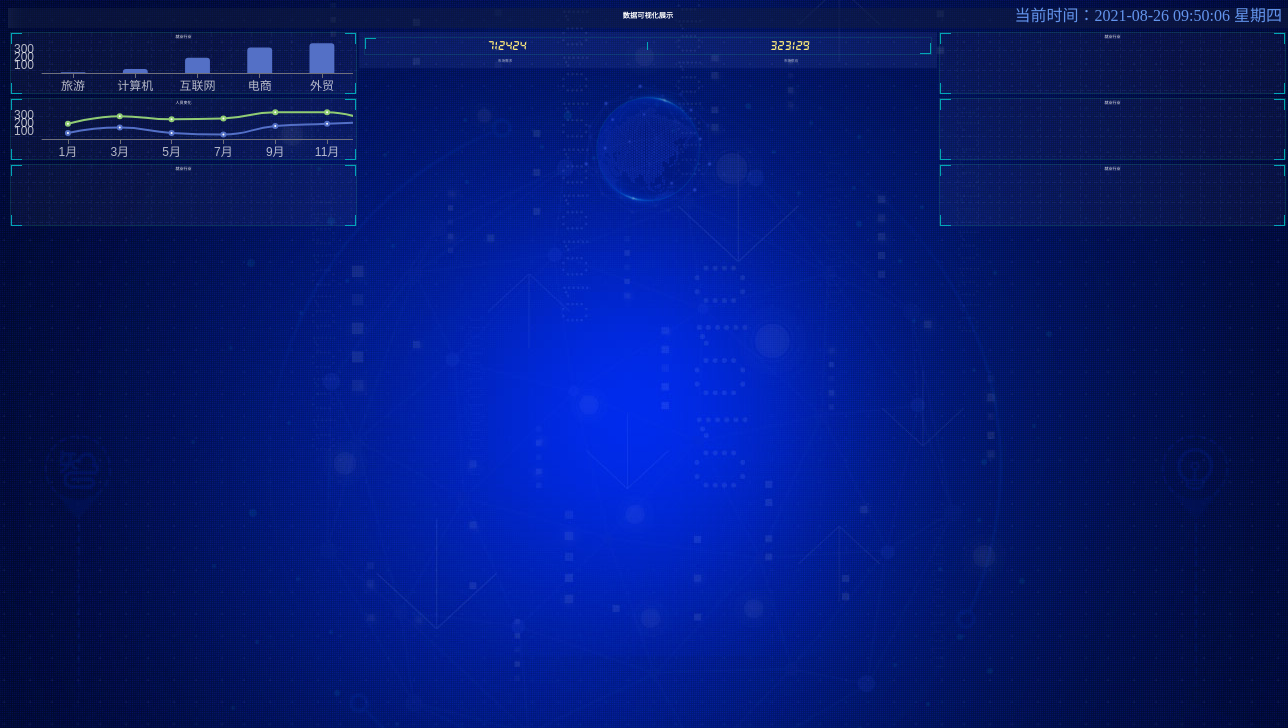
Repository: jiang-1990/DataVM
Page: /
An editor plug-in stored every save of this project. The page is shown before and after the next save, followed by the edit.
The browser window is 1280 px wide. The page is 1288 px wide, so the pictures cover 1288 px, including what lies to the right of the window. The pictures show the whole page.
The project was rebuilt for these pictures with package versions that can differ from the ones it lists, and the page was loaded fresh each time.

Above is the page before, as saved 2021-08-27 13:33:41.

### index.html
<!DOCTYPE html>
<html>
  <head>
    <meta charset="utf-8">
    <meta name="viewport" content="width=device-width,initial-scale=1.0">
    <title>mydatam</title>
  </head>
  <body>
    <div id="app"></div>
    <!-- built files will be auto injected -->
  </body>
</html>

### src/main.js
// The Vue build version to load with the `import` command
// (runtime-only or standalone) has been set in webpack.base.conf with an alias.
import Vue from 'vue'
import App from './App'
import router from './router'
import 'lib-flexible/flexible.js'
//声明字体
import './font/font.css'

Vue.config.productionTip = false

/* eslint-disable no-new */
new Vue({
  el: '#app',
  router,
  components: { App },
  template: '<App/>'
})

### src/App.vue
<template>
  <div id="app">
    <router-view/>
  </div>
</template>

<script>
export default {
  name: 'App'
}
</script>

<style>
body{
  background-image: url('assets/bg.jpg') ;
  background-Repeat : 'no-repeat';
  background-Size : '100% 100%';
  background-position: center;/* 背景图随屏幕尺寸变化 背景图两边隐藏 图片不压缩 */
}
html,body {
  width: 100%;
  height: 100%;
}

</style>

### src/router/index.js
import Vue from 'vue'
import Router from 'vue-router'
import bigScreen from '@/components/bigScreen'

Vue.use(Router)

export default new Router({
  routes: [
    {
      path: '/',
      name: 'bigScreen',
      component: bigScreen
    }
  ]
})

### src/font/font.css
 /* 声明字体 */
@font-face {
    font-family: 'electronicFont';
    src: url(./DS-DIGIT.ttf);
}

### src/components/bigScreen.vue
<template>
  <div>
    <div class="top">
      <h1>数据可视化展示</h1>
      <span class="time">当前时间：{{ date | dateFormat }}</span>
    </div>
    <div class="mainBox">
      <div class="culonm">
        <div class="panl bar">
          <h2>就业行业</h2>
          <div class="chart" id="bar_l"></div>
          <div class="zhuanjiao"></div>
        </div>

        <div class="panl line">
          <h2>人员变化</h2>
          <div class="chart" id="line_l"></div>
          <div class="zhuanjiao"></div>
        </div>

        <div class="panl pie">
          <h2>就业行业</h2>
          <div class="chart"></div>
          <div class="zhuanjiao"></div>
        </div>
      </div>
      <div class="culonm">
        <div class="num">
          <div class="num-hd">
            <ul>
              <li>712424</li>
              <li>323129</li>
            </ul>
          </div>
          <div class="num-bd">
            <ul>
              <li>市场需求</li>
              <li>市场供应</li>
            </ul>
          </div>
        </div>
        <div class="map">
          <div class="map1"></div>
          <div class="map2"></div>
          <div class="map3"></div>
          <div class="chart"></div>
        </div>
      </div>
      <div class="culonm">
        <div class="panl bar">
          <h2>就业行业</h2>
          <div class="chart"></div>
          <div class="zhuanjiao"></div>
        </div>

        <div class="panl line">
          <h2>就业行业</h2>
          <div class="chart"></div>
          <div class="zhuanjiao"></div>
        </div>

        <div class="panl pie">
          <h2>就业行业</h2>
          <div class="chart"></div>
          <div class="zhuanjiao"></div>
        </div>
      </div>
    </div>
    <!-- <div id="myChart" style="width:1920px; height: 400px;"></div> -->
  </div>
</template>

<script>
// 引入echarts
var echarts = require("echarts");
export default {
  data() {
    return {
      date: new Date(), //当前日期
    };
  },
  // 定义一个局部的过滤器，格式化当前时间
  filters: {
    dateFormat: (dateTime) => {
      var now = new Date(dateTime);
      var y = now.getFullYear();
      var m = (now.getMonth() + 1).toString().padStart(2, "0");
      var d = now.getDate().toString().padStart(2, "0");
      var hh = now.getHours().toString().padStart(2, "0");
      var mm = now.getMinutes().toString().padStart(2, "0");
      var ss = now.getSeconds().toString().padStart(2, "0");
      let week = now.getDay(); // 星期
      let weekArr = [
        "星期日",
        "星期一",
        "星期二",
        "星期三",
        "星期四",
        "星期五",
        "星期六",
      ];
      // 过滤器中要有返回值
      return `${y}-${m}-${d} ${hh}:${mm}:${ss} ${weekArr[week]}`;
    },
  },
  mounted() {
    this.createchartLine_l();
    this.createchartBar_l();
    var _this = this;
    this.timer = setInterval(() => {
      _this.date = new Date(); // 修改日期数据
    }, 1000);
  },
  created() {},
  methods: {
    createchartBar_l() {
      var myChart = echarts.init(document.getElementById("bar_l"));
      var option;
      option = {
        tooltip: {
          trigger: "axis",
          axisPointer: {
            // 坐标轴指示器，坐标轴触发有效
            type: "shadow", // 默认为直线，可选为：'line' | 'shadow'
          },
          backgroundColor: "rgba(0,21,49, 0.7)", //通过设置rgba调节背景颜色与透明度
          borderWidth: 0,
          textStyle: {
            color: "#fff",
          },
        },
        grid: {
          left: "0%",
          right: "0%",
          bottom: "0%",
          top: "3%",
          containLabel: true,
        },

        xAxis: [
          {
            type: "category",
            data: ["旅游", "计算机", "互联网", "电商", "外贸"],
            axisTick: {
              alignWithLabel: true,
            },
            splitLine: {
              show: false,
            },
            axisLabel: {
              color: "rgba(255,255,255, 0.7)",
            },
          },
        ],
        yAxis: [
          {
            type: "value",
            splitLine: {
              show: false,
            },
            axisLabel: {
              color: "rgba(255,255,255, 0.7)",
            },
          },
        ],
        series: [
          {
            name: "直接访问",
            type: "bar",
            barWidth: "40%",
            data: [10, 52, 200, 334, 390],
            itemStyle: {
              borderRadius: [3, 3, 0, 0],
            },
          },
        ],
      };
      myChart.setOption(option);
    },
    createchartLine_l() {
      var myChart = echarts.init(document.getElementById("line_l"));
      console.log(myChart);
      var option = {
        tooltip: {
          trigger: "axis",
          backgroundColor: "rgba(0,21,49, 0.7)", //通过设置rgba调节背景颜色与透明度
          borderWidth: 0,
          textStyle: {
            color: "#fff",
          },
        },
        legend: {
          data: ["新增粉丝", "新增游客"],
        },
        grid: {
          left: "0%",
          right: "0%",
          bottom: "0%",
          top: "3%",
          containLabel: true,
        },

        xAxis: [
          {
            type: "category",
            data: ["1月", "3月", "5月", "7月", "9月", "11月"],
            axisTick: {
              alignWithLabel: true,
            },
            splitLine: {
              show: false,
            },
            axisLabel: {
              color: "rgba(255,255,255, 0.7)",
            },
          },
        ],
        yAxis: [
          {
            type: "value",
            splitLine: {
              show: false,
            },
            axisLabel: {
              color: "rgba(255,255,255, 0.7)",
            },
          },
        ],
        series: [
          {
            name: '联盟广告',
            type: 'line',
            stack: '总量',
            smooth: true,
            data: [80, 150, 80, 60, 170, 200, 230]
        },
          {
            name: '邮件营销',
            type: 'line',
            stack: '总量',
            smooth: true,
            data: [120, 150, 180, 210, 180, 150, 180]
        },

        ],
      };
      myChart.setOption(option);
    },
  },
};
</script>

<style scoped>
@import "../css/bigScreen.css";
</style>

### src/css/bigScreen.css
* {
  margin: 0;
  padding: 0;
  box-sizing: border-box;
}
li {
  list-style-type: none;
}
.top {
  height: 1.25rem;
  background: url(../assets/head_bg.png) no-repeat;
  box-sizing: 100% 100%;
  position: relative;
}
.top h1 {
  font-size: 0.45rem;
  line-height: 1rem;
  color: #ffffff;
  text-align: center;
}
.top .time {
  line-height: 0.9375rem;
  position: absolute;
  right: 0.375rem;
  top: 0;
  color: cornflowerblue;
}
.mainBox {
  min-width: 1024px;
  max-width: 1920px;
  margin: 0 auto;
  display: flex;
  padding: 0.25rem 0.125rem 0;
}
.mainBox .culonm {
  flex: 3;
}
.mainBox .culonm:nth-child(2) {
  flex: 5;
  margin: 0 0.125rem 0.1875rem;
}
.mainBox .panl {
  position: relative;
  height: 3.875rem;
  border: 0.0125rem solid rgba(25, 186, 139, 0.17);
  background: url(../assets/line.png) rgba(255, 255, 255, 0.03);
  padding: 0 0.1875rem 0.25rem;
  margin-bottom: 0.25rem;
}
.mainBox .panl::before {
  position: absolute;
  top: 0;
  left: 0;
  width: 10px;
  height: 10px;
  border-left: 1px solid #02a6b5;
  border-top: 1px solid #02a6b5;
  content: "";
}
.mainBox .panl::after {
  position: absolute;
  top: 0;
  right: 0;
  width: 10px;
  height: 10px;
  border-right: 1px solid #02a6b5;
  border-top: 1px solid #02a6b5;
  content: "";
}
.mainBox .panl .zhuanjiao {
  width: 100%;
  height: 10px;
  position: absolute;
  bottom: 0px;
  left: 0;
}
.mainBox .panl .zhuanjiao::before {
  position: absolute;
  top: 0;
  left: 0;
  width: 10px;
  height: 10px;
  border-left: 1px solid #02a6b5;
  border-bottom: 1px solid #02a6b5;
  content: "";
}
.mainBox .panl .zhuanjiao::after {
  position: absolute;
  top: 0;
  right: 0;
  width: 10px;
  height: 10px;
  border-right: 1px solid #02a6b5;
  border-bottom: 1px solid #02a6b5;
  content: "";
}
.mainBox .panl h2 {
  font-size: 0.25rem;
  color: #ffffff;
  line-height: 0.5rem;
  text-align: center;
  height: 0.5rem;
  font-weight: 400;
}
.mainBox .panl .chart {
  height: 3.25rem;
}
.mainBox .num {
  background: rgba(101, 132, 226, 0.1);
  padding: 0.1875rem;
}
.mainBox .num .num-hd {
  position: relative;
  margin: 0.125rem;
  border: 1px solid rgba(25, 186, 139, 0.17);
}
.mainBox .num .num-hd::before {
  position: absolute;
  top: 0;
  left: 0;
  width: 10px;
  height: 10px;
  border-left: 1px solid #02a6b5;
  border-top: 1px solid #02a6b5;
  content: "";
}
.mainBox .num .num-hd::after {
  position: absolute;
  bottom: 0;
  right: 0;
  width: 10px;
  height: 10px;
  border-right: 1px solid #02a6b5;
  border-bottom: 1px solid #02a6b5;
  content: "";
}
.mainBox .num .num-hd ul {
  display: flex;
}
.mainBox .num .num-hd ul li {
  flex: 1;
  line-height: 1rem;
  font-size: 0.875rem;
  color: #ffeb7b;
  text-align: center;
  font-family: electronicFont;
}
.mainBox .num .num-hd ul li:nth-child(1) {
  position: relative;
}
.mainBox .num .num-hd ul li:nth-child(1)::after {
  position: absolute;
  top: 25%;
  right: 0;
  height: 50%;
  border-right: 1px solid #02a6b5;
  content: "";
}
.mainBox .num .num-bd {
  position: relative;
}
.mainBox .num .num-bd ul {
  display: flex;
}
.mainBox .num .num-bd ul li {
  flex: 1;
  line-height: 0.5rem;
  font-size: 0.225rem;
  color: rgba(255, 255, 255, 0.7);
  text-align: center;
}
.mainBox .map {
  height: 10.125rem;
  position: relative;
}
.mainBox .map .map1 {
  width: 6.475rem;
  height: 6.475rem;
  position: absolute;
  top: 50%;
  left: 50%;
  transform: translate(-50%, -50%);
  background: url(../assets/map.png);
  background-size: 100% 100%;
  opacity: 0.3;
}
.mainBox .map .map2 {
  width: 8.0375rem;
  height: 8.0375rem;
  position: absolute;
  top: 50%;
  left: 50%;
  transform: translate(-50%, -50%);
  background: url(../assets/lbx.png);
  background-size: 100% 100%;
  animation: rotatel1 20s linear infinite;
  opacity: 0.6;
}
@keyframes rotatel1 {
  from {
    transform: translate(-50%, -50%) rotate(0deg);
  }
  to {
    transform: translate(-50%, -50%) rotate(360deg);
  }
}
.mainBox .map .map3 {
  width: 7.075rem;
  height: 7.075rem;
  position: absolute;
  top: 50%;
  left: 50%;
  transform: translate(-50%, -50%);
  background: url(../assets/jt.png);
  background-size: 100% 100%;
  animation: rotatel2 15s linear infinite;
  opacity: 0.6;
}
@keyframes rotatel2 {
  from {
    transform: translate(-50%, -50%) rotate(0deg);
  }
  to {
    transform: translate(-50%, -50%) rotate(-360deg);
  }
}
.mainBox .map .chart {
  height: 10.125rem;
}

After the next save:
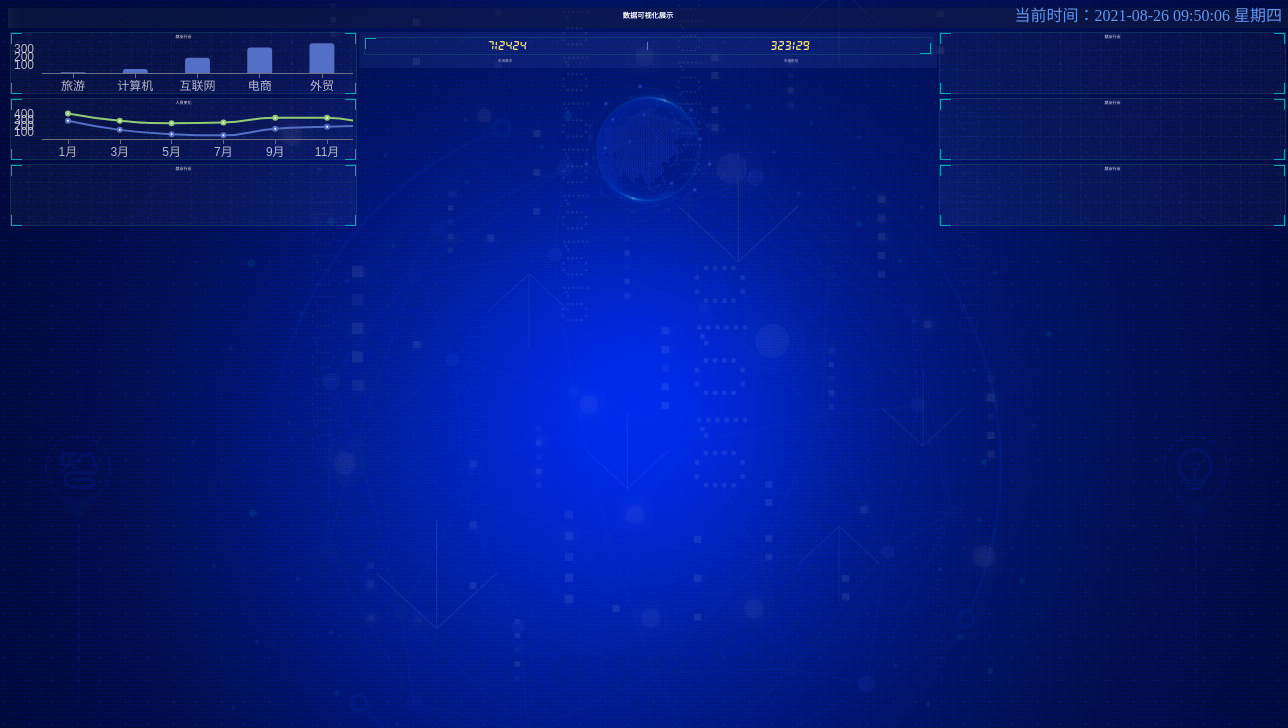
Saved 23 s later.
--- a/src/components/bigScreen.vue
+++ b/src/components/bigScreen.vue
@@ -232,7 +232,7 @@ export default {
             type: 'line',
             stack: '总量',
             smooth: true,
-            data: [80, 150, 80, 60, 170, 200, 230]
+            data: [300, 150, 80, 60, 170, 200, 230]
         },
           {
             name: '邮件营销',
